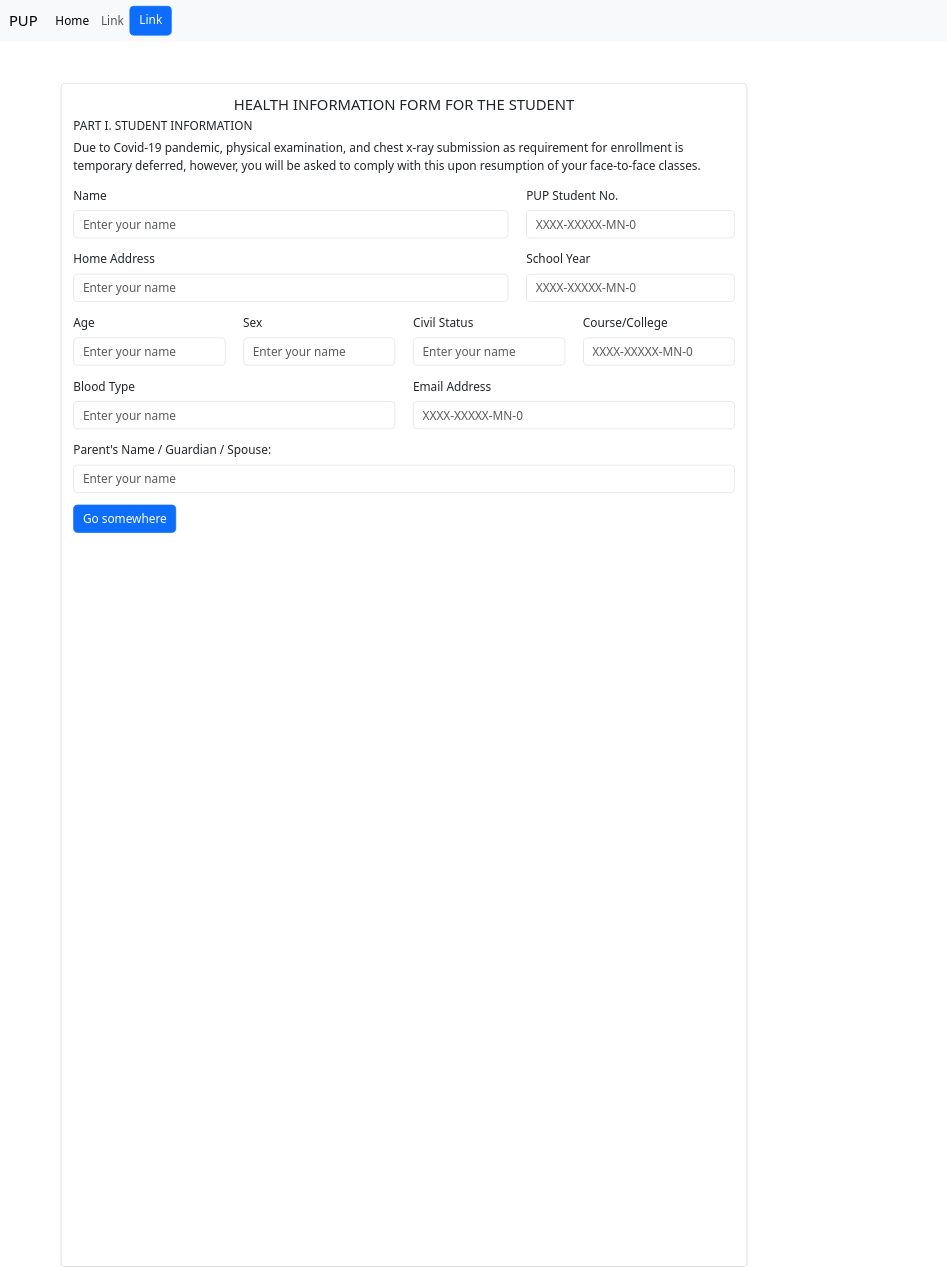
Repository: Nicktacku/webdev
Page: form.html
These files come from the project's save history. The page is drawn as it stood at one moment and after the next save; the edit follows.
The browser window is 1280 px wide. The pictures show the whole page, at 74% of full size.

Above is the page before, as saved 2024-07-15 17:58:38.

### form.html
<!DOCTYPE html>
<html lang="en">
  <head>
    <meta charset="UTF-8" />
    <meta name="viewport" content="width=device-width, initial-scale=1.0" />
    <title>Document</title>
    <link
      href="https://cdn.jsdelivr.net/npm/bootstrap@5.3.3/dist/css/bootstrap.min.css"
      rel="stylesheet"
      integrity="sha384-QWTKZyjpPEjISv5WaRU9OFeRpok6YctnYmDr5pNlyT2bRjXh0JMhjY6hW+ALEwIH"
      crossorigin="anonymous"
    />
  </head>
  <body>
    <!-- Navbar -->
    <nav class="navbar navbar-expand-lg bg-body-tertiary">
        <div class="container-fluid">
          <a class="navbar-brand" href="#">PUP</a>
          <button
            class="navbar-toggler"
            type="button"
            data-bs-toggle="collapse"
            data-bs-target="#navbarSupportedContent"
            aria-controls="navbarSupportedContent"
            aria-expanded="false"
            aria-label="Toggle navigation"
          >
            <span class="navbar-toggler-icon"></span>
          </button>
          <div class="collapse navbar-collapse" id="navbarSupportedContent">
            <ul class="navbar-nav me-auto mb-2 mb-lg-0">
              <li class="nav-item">
                <a class="nav-link active" aria-current="page" href="#">Home</a>
              </li>
              <li class="nav-item">
                <a class="nav-link" href="#">Link</a>
              </li>

              <a class="btn btn-primary" href="form.html" role="button">Link</a>
          </div>
        </div>
      </nav>

    <div
      class="container mt-2 pt-5"
    >

    <!-- Section 1 -->
    <div class="card" style="width: 58rem; height: 100rem">

        <div class="card-body">
          <h5 class="card-title d-flex justify-content-center">HEALTH INFORMATION FORM FOR THE STUDENT</h5>
          <h6 class="card-text">PART I. STUDENT INFORMATION</h6>
          <p class="card-text">Due to Covid-19 pandemic, physical examination, and chest x-ray submission as requirement for enrollment is
            temporary deferred, however, you will be asked to comply with this upon resumption of your face-to-face classes.</p>

            <div class="row">
                <div class="col-8">
                    <div class="mb-3">
                        <label for="name" class="form-label">Name</label>
                        <input type="text" class="form-control" id="name-input" placeholder="Enter your name">
                      </div>
                </div>
                <div class="col">
                    <div class="mb-3">
                        <label for="name" class="form-label">PUP Student No.</label>
                        <input type="text" class="form-control" id="name-input" placeholder="XXXX-XXXXX-MN-0">
                      </div>
                </div>
            </div>

            <div class="row">
                <div class="col-8">
                    <div class="mb-3">
                        <label for="name" class="form-label">Home Address</label>
                        <input type="text" class="form-control" id="name-input" placeholder="Enter your name">
                      </div>
                </div>
                <div class="col">
                    <div class="mb-3">
                        <label for="name" class="form-label">School Year</label>
                        <input type="text" class="form-control" id="name-input" placeholder="XXXX-XXXXX-MN-0">
                      </div>
                </div>
            </div>

            <div class="row">
                <div class="col-3">
                    <div class="mb-3">
                        <label for="name" class="form-label">Age</label>
                        <input type="text" class="form-control" id="name-input" placeholder="Enter your name">
                      </div>
                </div>
                <div class="col-3">
                    <div class="mb-3">
                        <label for="name" class="form-label">Sex</label>
                        <input type="text" class="form-control" id="name-input" placeholder="Enter your name">
                      </div>
                </div>
                <div class="col-3">
                    <div class="mb-3">
                        <label for="name" class="form-label">Civil Status</label>
                        <input type="text" class="form-control" id="name-input" placeholder="Enter your name">
                      </div>
                </div>
                <div class="col">
                    <div class="mb-3">
                        <label for="name" class="form-label">Course/College</label>
                        <input type="text" class="form-control" id="name-input" placeholder="XXXX-XXXXX-MN-0">
                      </div>
                </div>
            </div>

            <div class="row">
                <div class="col-6">
                    <div class="mb-3">
                        <label for="name" class="form-label">Blood Type</label>
                        <input type="text" class="form-control" id="name-input" placeholder="Enter your name">
                      </div>
                </div>
                <div class="col">
                    <div class="mb-3">
                        <label for="name" class="form-label">Email Address</label>
                        <input type="text" class="form-control" id="name-input" placeholder="XXXX-XXXXX-MN-0">
                      </div>
                </div>
            </div>

            <div class="row">
                <div class="col">
                    <div class="mb-3">
                        <label for="name" class="form-label">Parent's Name / Guardian / Spouse:</label>
                        <input type="text" class="form-control" id="name-input" placeholder="Enter your name">
                      </div>
                </div>
            </div>


          <a href="#" class="btn btn-primary">Go somewhere</a>
        </div>
      </div>


    <script
      src="https://cdn.jsdelivr.net/npm/bootstrap@5.3.3/dist/js/bootstrap.bundle.min.js"
      integrity="sha384-YvpcrYf0tY3lHB60NNkmXc5s9fDVZLESaAA55NDzOxhy9GkcIdslK1eN7N6jIeHz"
      crossorigin="anonymous"
    ></script>
  </body>
</html>

After the next save:
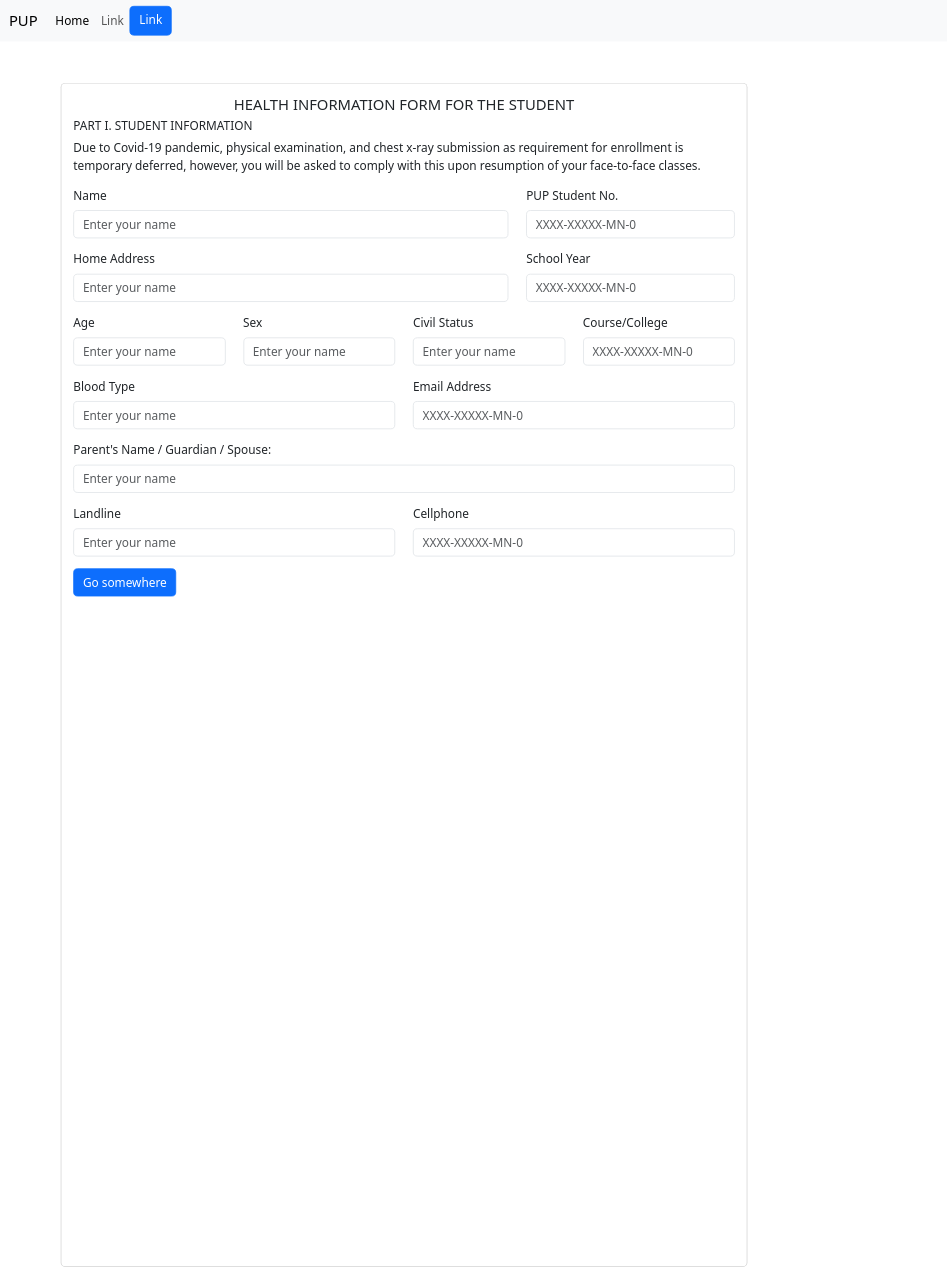
Saved 85 s later.
--- a/form.html
+++ b/form.html
@@ -135,6 +135,20 @@
                 </div>
             </div>
 
+            <div class="row">
+                <div class="col-6">
+                    <div class="mb-3">
+                        <label for="name" class="form-label">Landline</label>
+                        <input type="text" class="form-control" id="name-input" placeholder="Enter your name">
+                      </div>
+                </div>
+                <div class="col">
+                    <div class="mb-3">
+                        <label for="name" class="form-label">Cellphone</label>
+                        <input type="text" class="form-control" id="name-input" placeholder="XXXX-XXXXX-MN-0">
+                      </div>
+                </div>
+            </div>
 
           <a href="#" class="btn btn-primary">Go somewhere</a>
         </div>
